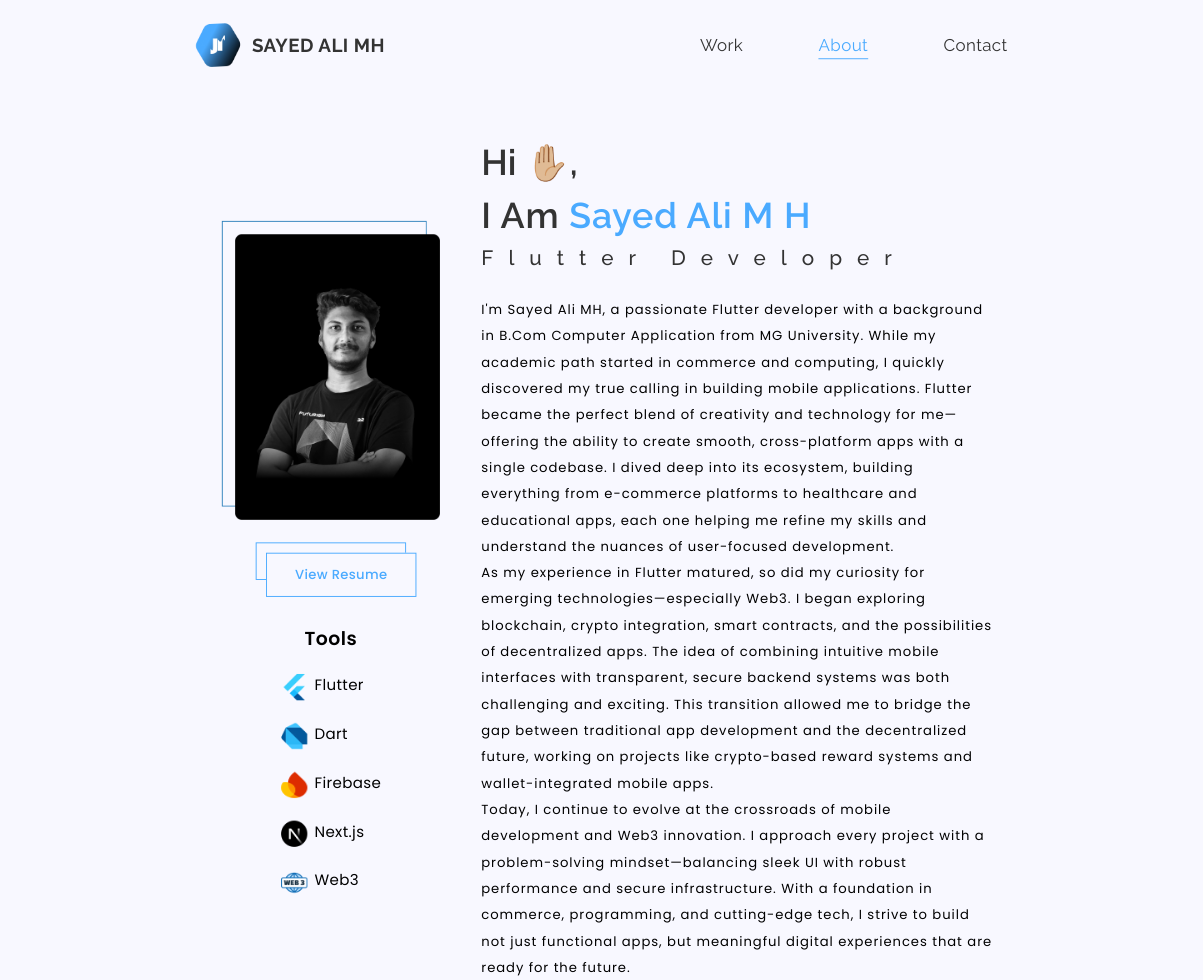
Repository: sayedali-2129/sayedali-portfolio
Page: /about
The author's editor kept a copy of each file at every save. The page is drawn from the files as they stood at one save, then again after the next save.
The browser window is 1280 px wide. The pictures show the whole page, at 94% of full size.
The project was rebuilt for these pictures with package versions that can differ from the ones it lists, and the page was loaded fresh each time. The framework's server and built-in components were replaced by stand-ins that run in the browser. Also part of the build but not shown: next.config.ts.

Above is the page before, as saved 2025-05-25 17:16:02.

After the next save:
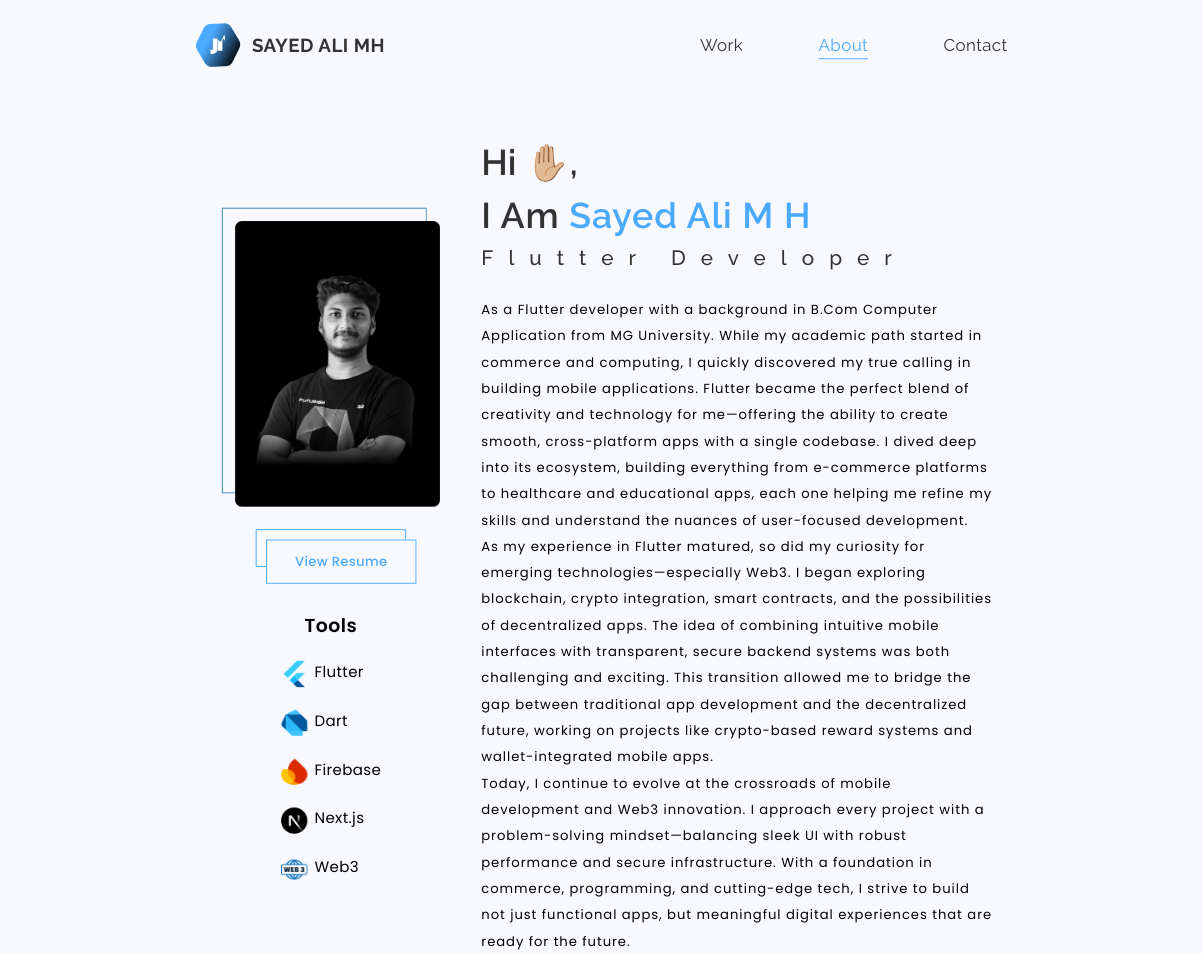
Saved 27 s later.
--- a/src/features/about/components/AboutBody.tsx
+++ b/src/features/about/components/AboutBody.tsx
@@ -114,15 +114,15 @@
           Flutter Developer
         </h3>
         <p className="mt-6 font-PoppinsRegular  text-[14px] leading-7 sm:tracking-[1px] tracking-[1px]">
-          I'm Sayed Ali MH, a passionate Flutter developer with a background in
-          B.Com Computer Application from MG University. While my academic path
-          started in commerce and computing, I quickly discovered my true
-          calling in building mobile applications. Flutter became the perfect
-          blend of creativity and technology for me—offering the ability to
-          create smooth, cross-platform apps with a single codebase. I dived
-          deep into its ecosystem, building everything from e-commerce platforms
-          to healthcare and educational apps, each one helping me refine my
-          skills and understand the nuances of user-focused development.
+          As a Flutter developer with a background in B.Com Computer Application
+          from MG University. While my academic path started in commerce and
+          computing, I quickly discovered my true calling in building mobile
+          applications. Flutter became the perfect blend of creativity and
+          technology for me—offering the ability to create smooth,
+          cross-platform apps with a single codebase. I dived deep into its
+          ecosystem, building everything from e-commerce platforms to healthcare
+          and educational apps, each one helping me refine my skills and
+          understand the nuances of user-focused development.
           <br />
           As my experience in Flutter matured, so did my curiosity for emerging
           technologies—especially Web3. I began exploring blockchain, crypto
